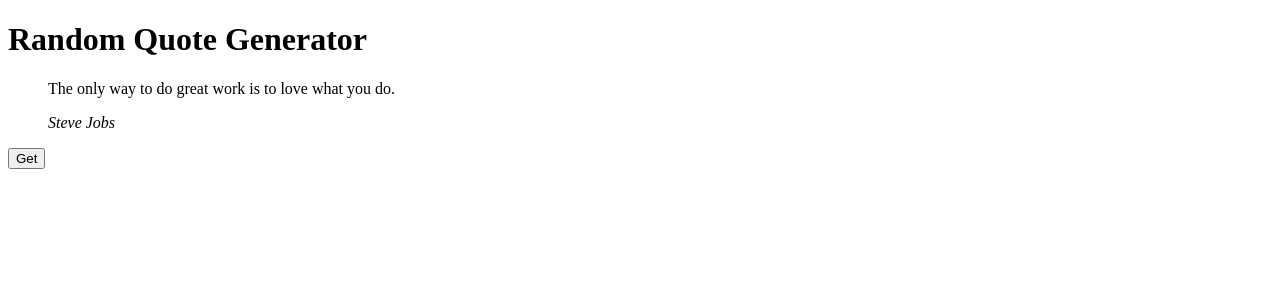
Repository: RiyaRoy05/RandomQuoteGenerator
Page: /
These files come from the project's save history. The page is drawn as it stood at one moment and after the next save; the edit follows.
The browser window is 1280 px wide. The pictures show the whole page.
The project was rebuilt for these pictures with package versions that can differ from the ones it lists, and the page was loaded fresh each time. Also part of the build but not shown: vite.config.js.

Above is the page before, as saved 2025-05-21 17:12:49.

### src/main.js
import { createApp } from 'vue'
import App from './App.vue'

if (import.meta.env.PROD) {
  if (typeof window.__VUE_DEVTOOLS_GLOBAL_HOOK__ !== 'undefined') {
    window.__VUE_DEVTOOLS_GLOBAL_HOOK__.Vue = null;
  }
}

createApp(App).mount('#app')

### src/App.vue
<script setup>
import RandomQuoteGenerator from './components/RandomQuoteGenerator .vue';
</script>


<template>
  <RandomQuoteGenerator />
</template>

### src/components/RandomQuoteGenerator .vue
<script setup>
import { ref, onMounted } from 'vue';

const quotes = ref([
  {
    text: "The only way to do great work is to love what you do.",
    author: "Steve Jobs",
  },
  {
    text: "Believe you can and you're halfway there.",
    author: "Theodore Roosevelt",
  },
  {
    text: "Life is what happens when you're busy making other plans.",
    author: "John Lennon",
  },
]);

const currentQuote = ref({text:"", author:""})

const getRandomQuote = () => {
    const randomInddex = Math.floor(Math.random() * quotes.value.length)
    currentQuote.value = quotes.value[randomInddex]
}

onMounted(getRandomQuote)

</script>

<template>
    <div class="quote-generator">
        <h1 class="app-title">Random Quote Generator</h1>
        <blockquote class="quote-conatiner">
        <p>{{ currentQuote.text }}</p>
        <cite>{{ currentQuote.author }}</cite>
        </blockquote>

        <button class="quote-button">Get</button>
    </div>
</template>

Loaded but not shown: index.html (common file)

After the next save:
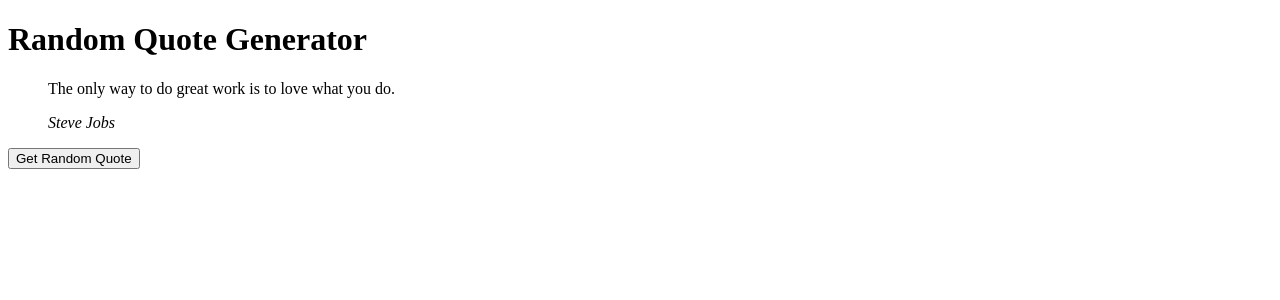
Saved 9 s later.
--- a/src/components/RandomQuoteGenerator .vue
+++ b/src/components/RandomQuoteGenerator .vue
@@ -35,6 +35,6 @@
         <cite>{{ currentQuote.author }}</cite>
         </blockquote>
 
-        <button class="quote-button">Get</button>
+        <button class="quote-button">Get Random Quote</button>
     </div>
 </template>
